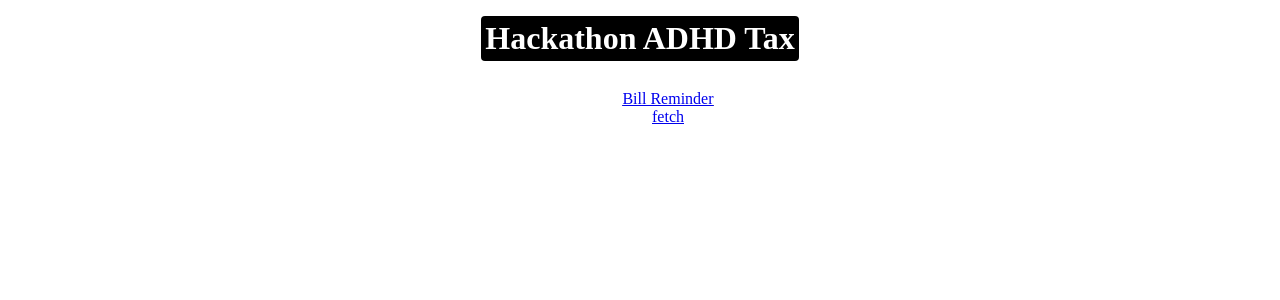
Repository: ellamcmorrow/RebootManchesterHackathon
Page: /
These files come from the project's save history. The page is drawn as it stood at one moment and after the next save; the edit follows.
The browser window is 1280 px wide. The pictures show the whole page.
The project was rebuilt for these pictures with package versions that can differ from the ones it lists, and the page was loaded fresh each time. The framework's server and built-in components were replaced by stand-ins that run in the browser. Also part of the build but not shown: next.config.js.

Above is the page before, as saved 2024-12-03 13:30:15.

After the next save:
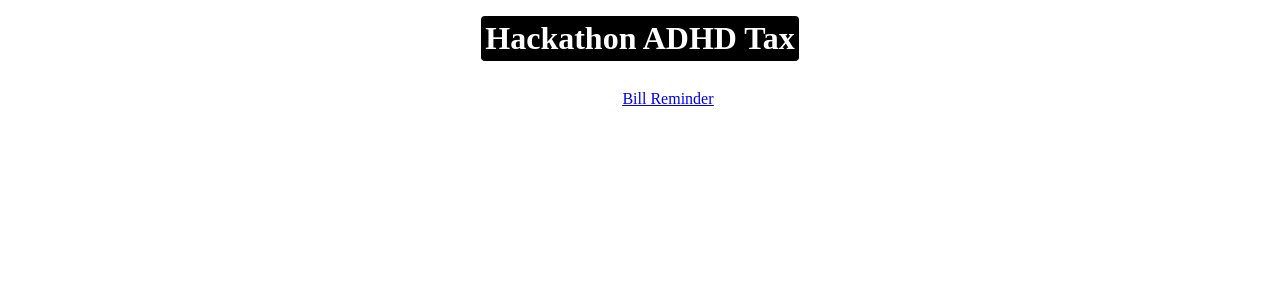
Saved 2 min 12 s later.
--- a/src/pages/index.tsx
+++ b/src/pages/index.tsx
@@ -18,7 +18,6 @@
 const Home: NextPage = () => {
   const routesArr: Routes[] = [
     { text: "Bill Reminder", route: "bill-reminder" },
-    { text: "fetch", route: "fetch-example" },
   ];
 
   return (
